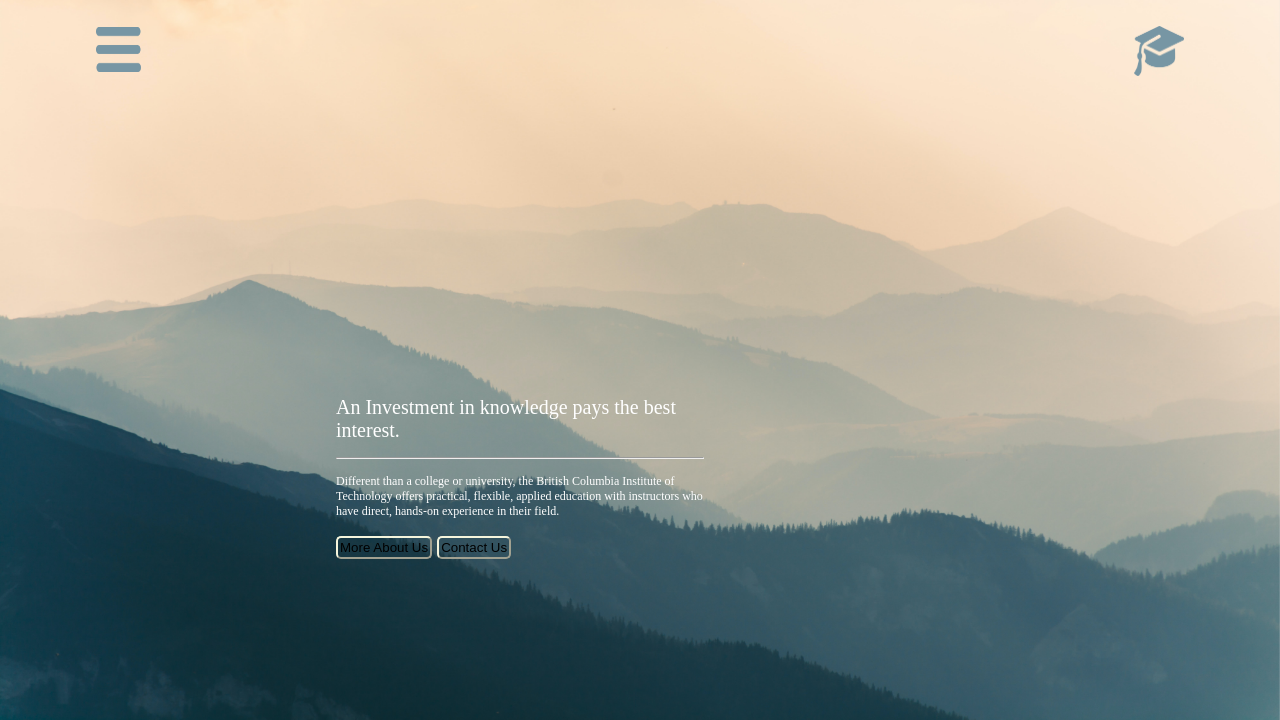
Repository: anoncoderin/assignment01-withCarousel-Madhu
Page: /
An editor plug-in stored every save of this project. The page is shown before and after the next save, followed by the edit.
The browser window is 1280 px wide. The pictures show the whole page.
The project was rebuilt for these pictures with package versions that can differ from the ones it lists, and the page was loaded fresh each time. The framework's server and built-in components were replaced by stand-ins that run in the browser. Also part of the build but not shown: next.config.js.

Above is the page before, as saved 2023-02-03 21:59:29.

### pages/index.js
import Head from 'next/head'
import Image from 'next/image'
import { Inter } from '@next/font/google'
import styles from '@/styles/Home.module.css'
import Link from 'next/link'
import Nav from '../components/nav'


const inter = Inter({ subsets: ['latin'] });


function handleClick()
{

}

export default function Home() {
  return (
    <>
      <Head>
        <title>Create Next App</title>
        <meta name="description" content="Generated by create next app" />
        <meta name="viewport" content="width=device-width, initial-scale=1" />
        <link rel="icon" href="/favicon.ico" />
      </Head>



      <div className={styles.backimage}>
        <Image src='/images/backgroundMountain.jpg' fill='true' />
      </div>
      <main className={styles.main}>
        <div className={styles.info}>

      <Nav></Nav>

          <div className={styles.container}>
            <p className={styles.info}>
              An Investment in knowledge pays the best interest.
            </p>
            <hr/>
            <p className={styles.smallp}>Different than a college or university, the British Columbia Institute of
            Technology offers practical, flexible, applied education with instructors who have direct,
            hands-on experience in their field.</p>
            <div className={styles.buttonlink}>
            <Link href="about"><button className={styles.button}>More About Us</button></Link>
            <Link href="contact"><button className={styles.button}>Contact Us</button></Link>

          </div>
          </div>
        </div>



      </main>

    </>
  )
}

### styles/globals.css
:root {
  --max-width: 1100px;
  --border-radius: 12px;
  --font-mono: ui-monospace, Menlo, Monaco, 'Cascadia Mono', 'Segoe UI Mono',
    'Roboto Mono', 'Oxygen Mono', 'Ubuntu Monospace', 'Source Code Pro',
    'Fira Mono', 'Droid Sans Mono', 'Courier New', monospace;

  --foreground-rgb: 0, 0, 0;
  --background-start-rgb: 214, 219, 220;
  --background-end-rgb: 255, 255, 255;

  --primary-glow: conic-gradient(
    from 180deg at 50% 50%,
    #16abff33 0deg,
    #0885ff33 55deg,
    #54d6ff33 120deg,
    #0071ff33 160deg,
    transparent 360deg
  );
  --secondary-glow: radial-gradient(
    rgba(255, 255, 255, 1),
    rgba(255, 255, 255, 0)
  );

  --tile-start-rgb: 239, 245, 249;
  --tile-end-rgb: 228, 232, 233;
  --tile-border: conic-gradient(
    #00000080,
    #00000040,
    #00000030,
    #00000020,
    #00000010,
    #00000010,
    #00000080
  );

  --callout-rgb: 238, 240, 241;
  --callout-border-rgb: 172, 175, 176;
  --card-rgb: 180, 185, 188;
  --card-border-rgb: 131, 134, 135;
}

@media (prefers-color-scheme: dark) {
  :root {
    --foreground-rgb: 255, 255, 255;
    --background-start-rgb: 0, 0, 0;
    --background-end-rgb: 0, 0, 0;

    --primary-glow: radial-gradient(rgba(1, 65, 255, 0.4), rgba(1, 65, 255, 0));
    --secondary-glow: linear-gradient(
      to bottom right,
      rgba(1, 65, 255, 0),
      rgba(1, 65, 255, 0),
      rgba(1, 65, 255, 0.3)
    );

    --tile-start-rgb: 2, 13, 46;
    --tile-end-rgb: 2, 5, 19;
    --tile-border: conic-gradient(
      #ffffff80,
      #ffffff40,
      #ffffff30,
      #ffffff20,
      #ffffff10,
      #ffffff10,
      #ffffff80
    );

    --callout-rgb: 20, 20, 20;
    --callout-border-rgb: 108, 108, 108;
    --card-rgb: 100, 100, 100;
    --card-border-rgb: 200, 200, 200;
  }
}

* {
  box-sizing: border-box;
  padding: 0;
  margin: 0;
}

html,
body {
  max-width: 100vw;
  overflow-x: hidden;
}

body {
  color: rgb(var(--foreground-rgb));
  background: linear-gradient(
      to bottom,
      transparent,
      rgb(var(--background-end-rgb))
    )
    rgb(var(--background-start-rgb));
}

a {
  color: inherit;
  text-decoration: none;
}






@media (prefers-color-scheme: dark) {
  html {
    color-scheme: dark;
  }
}

### styles/Home.module.css
.main {
  display: flex;
  flex-direction: column;
  justify-content: space-between;
  padding: 1rem;
  min-height: 100vh;
}

.backimage{
  z-index: -1;
        position:fixed;
        width: 100vw;
        height: 100vh;
}

.info{
  display: flex;
  flex-direction: column;
  font-family: 'Times New Roman', Times, serif;
  font-size: 20px;
  font-weight: 300;
  color: white;

}

.container{
  display: flex;
  flex-direction: column;
  padding-left: 20rem;
  padding-top: 20rem;
  padding-right: 35rem;
  gap: 15px;
}

.smallp{
  font-size: 12px;
}

.button{
  padding: 2px;
  background-color: transparent;
  border-radius: 5px;
  border-color: beige;
}
.button:hover{
  background-color: beige;
}
.buttonlink{
  display: flex;
  flex-direction: row;
  gap: 5px;
}




/*old CSS*/

.description {
  display: inherit;
  justify-content: inherit;
  align-items: inherit;
  font-size: 0.85rem;
  max-width: var(--max-width);
  width: 100%;
  z-index: 2;
  font-family: var(--font-mono);
}

.description a {
  display: flex;
  justify-content: center;
  align-items: center;
  gap: 0.5rem;
}

.description p {
  position: relative;
  margin: 0;
  padding: 1rem;
  background-color: rgba(var(--callout-rgb), 0.5);
  border: 1px solid rgba(var(--callout-border-rgb), 0.3);
  border-radius: var(--border-radius);
}

.code {
  font-weight: 700;
  font-family: var(--font-mono);
}

.grid {
  display: grid;
  grid-template-columns: repeat(4, minmax(25%, auto));
  width: var(--max-width);
  max-width: 100%;
}

.card {
  padding: 1rem 1.2rem;
  border-radius: var(--border-radius);
  background: rgba(var(--card-rgb), 0);
  border: 1px solid rgba(var(--card-border-rgb), 0);
  transition: background 200ms, border 200ms;
}

.card span {
  display: inline-block;
  transition: transform 200ms;
}

.card h2 {
  font-weight: 600;
  margin-bottom: 0.7rem;
}

.card p {
  margin: 0;
  opacity: 0.6;
  font-size: 0.9rem;
  line-height: 1.5;
  max-width: 30ch;
}

.center {
  display: flex;
  justify-content: center;
  align-items: center;
  position: relative;
  padding: 4rem 0;
}

.center::before {
  background: var(--secondary-glow);
  border-radius: 50%;
  width: 480px;
  height: 360px;
  margin-left: -400px;
}

.center::after {
  background: var(--primary-glow);
  width: 240px;
  height: 180px;
  z-index: -1;
}

.center::before,
.center::after {
  content: '';
  left: 50%;
  position: absolute;
  filter: blur(45px);
  transform: translateZ(0);
}

.logo,
.thirteen {
  position: relative;
}

.thirteen {
  display: flex;
  justify-content: center;
  align-items: center;
  width: 75px;
  height: 75px;
  padding: 25px 10px;
  margin-left: 16px;
  transform: translateZ(0);
  border-radius: var(--border-radius);
  overflow: hidden;
  box-shadow: 0px 2px 8px -1px #0000001a;
}

.thirteen::before,
.thirteen::after {
  content: '';
  position: absolute;
  z-index: -1;
}

/* Conic Gradient Animation */
.thirteen::before {
  animation: 6s rotate linear infinite;
  width: 200%;
  height: 200%;
  background: var(--tile-border);
}

/* Inner Square */
.thirteen::after {
  inset: 0;
  padding: 1px;
  border-radius: var(--border-radius);
  background: linear-gradient(
    to bottom right,
    rgba(var(--tile-start-rgb), 1),
    rgba(var(--tile-end-rgb), 1)
  );
  background-clip: content-box;
}

/* Enable hover only on non-touch devices */
@media (hover: hover) and (pointer: fine) {
  .card:hover {
    background: rgba(var(--card-rgb), 0.1);
    border: 1px solid rgba(var(--card-border-rgb), 0.15);
  }

  .card:hover span {
    transform: translateX(4px);
  }
}

@media (prefers-reduced-motion) {
  .thirteen::before {
    animation: none;
  }

  .card:hover span {
    transform: none;
  }
}

/* Mobile */
@media (max-width: 700px) {
  .content {
    padding: 4rem;
  }

  .grid {
    grid-template-columns: 1fr;
    margin-bottom: 120px;
    max-width: 320px;
    text-align: center;
  }

  .card {
    padding: 1rem 2.5rem;
  }

  .card h2 {
    margin-bottom: 0.5rem;
  }

  .center {
    padding: 8rem 0 6rem;
  }

  .center::before {
    transform: none;
    height: 300px;
  }

  .description {
    font-size: 0.8rem;
  }

  .description a {
    padding: 1rem;
  }

  .description p,
  .description div {
    display: flex;
    justify-content: center;
    position: fixed;
    width: 100%;
  }

  .description p {
    align-items: center;
    inset: 0 0 auto;
    padding: 2rem 1rem 1.4rem;
    border-radius: 0;
    border: none;
    border-bottom: 1px solid rgba(var(--callout-border-rgb), 0.25);
    background: linear-gradient(
      to bottom,
      rgba(var(--background-start-rgb), 1),
      rgba(var(--callout-rgb), 0.5)
    );
    background-clip: padding-box;
    backdrop-filter: blur(24px);
  }

  .description div {
    align-items: flex-end;
    pointer-events: none;
    inset: auto 0 0;
    padding: 2rem;
    height: 200px;
    background: linear-gradient(
      to bottom,
      transparent 0%,
      rgb(var(--background-end-rgb)) 40%
    );
    z-index: 1;
  }
}

/* Tablet and Smaller Desktop */
@media (min-width: 701px) and (max-width: 1120px) {
  .grid {
    grid-template-columns: repeat(2, 50%);
  }
}

@media (prefers-color-scheme: dark) {
  .vercelLogo {
    filter: invert(1);
  }

  .logo,
  .thirteen img {
    filter: invert(1) drop-shadow(0 0 0.3rem #ffffff70);
  }
}

@keyframes rotate {
  from {
    transform: rotate(360deg);
  }
  to {
    transform: rotate(0deg);
  }
}

### components/nav/index.js
import styles from '@/styles/nav.module.css'
import Image from 'next/image'

export default function Nav(
    {
      menuIcon='/images/icons/icons/menu-icon.png',
      menuIconHeight=45,
      menuIconWidth=45,
      favIcon='/images/favicon/favicon.png',
      favIconHeight=50,
      favIconWidth=50

    }
)
{
    return (
        <div className={styles.nav}>
        <button className={styles.menubar}><Image src={menuIcon} height={menuIconHeight} width={menuIconWidth}></Image></button>
        <Image src={favIcon} height={favIconHeight} width={favIconWidth}></Image>
      </div>
    )
}

### styles/nav.module.css
.nav{
    display: flex;
    flex-direction: row;
    justify-content: space-between;
    padding-left: 5rem;
    padding-right: 5rem;
    padding-top: 10px;
  }

  .menubar{
    background-color: transparent;
    border:none;
  }

Loaded but not shown: pages/_app.js (common file); pages/_document.js (common file)

After the next save:
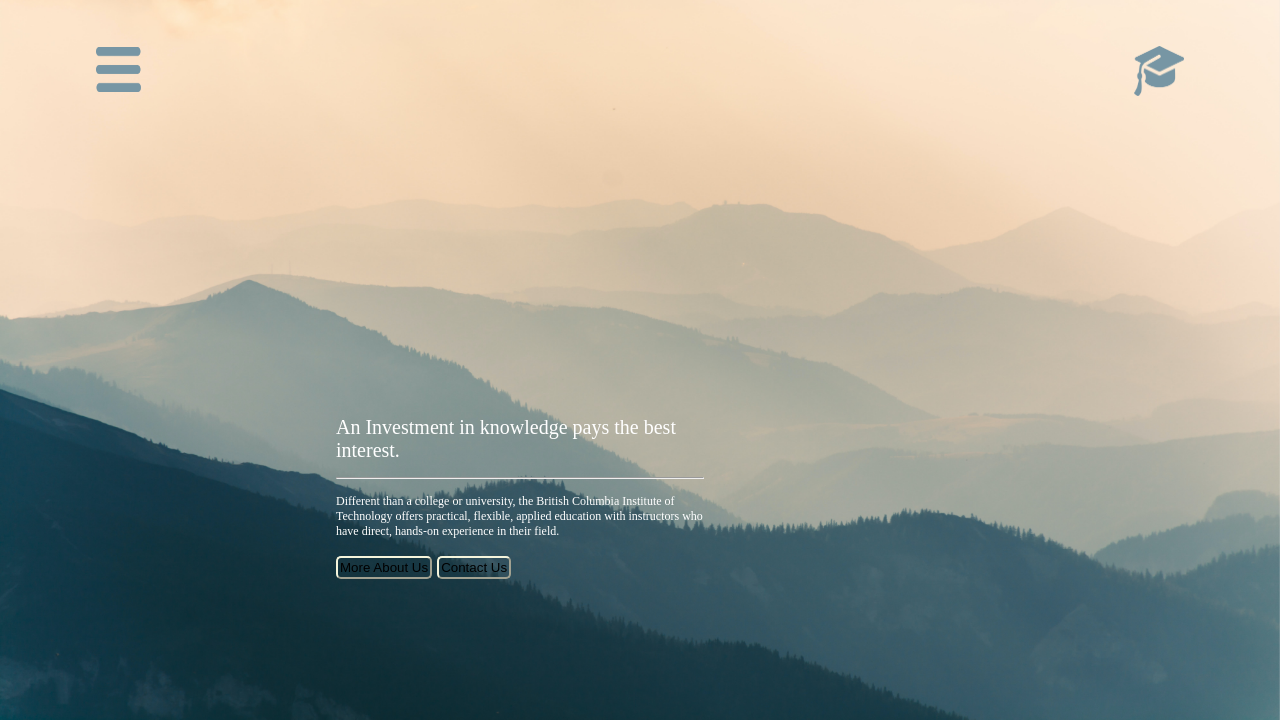
Saved 4 s later.
--- a/styles/nav.module.css
+++ b/styles/nav.module.css
@@ -4,7 +4,7 @@
     justify-content: space-between;
     padding-left: 5rem;
     padding-right: 5rem;
-    padding-top: 10px;
+    padding-top: 30px;
   }
 
   .menubar{
